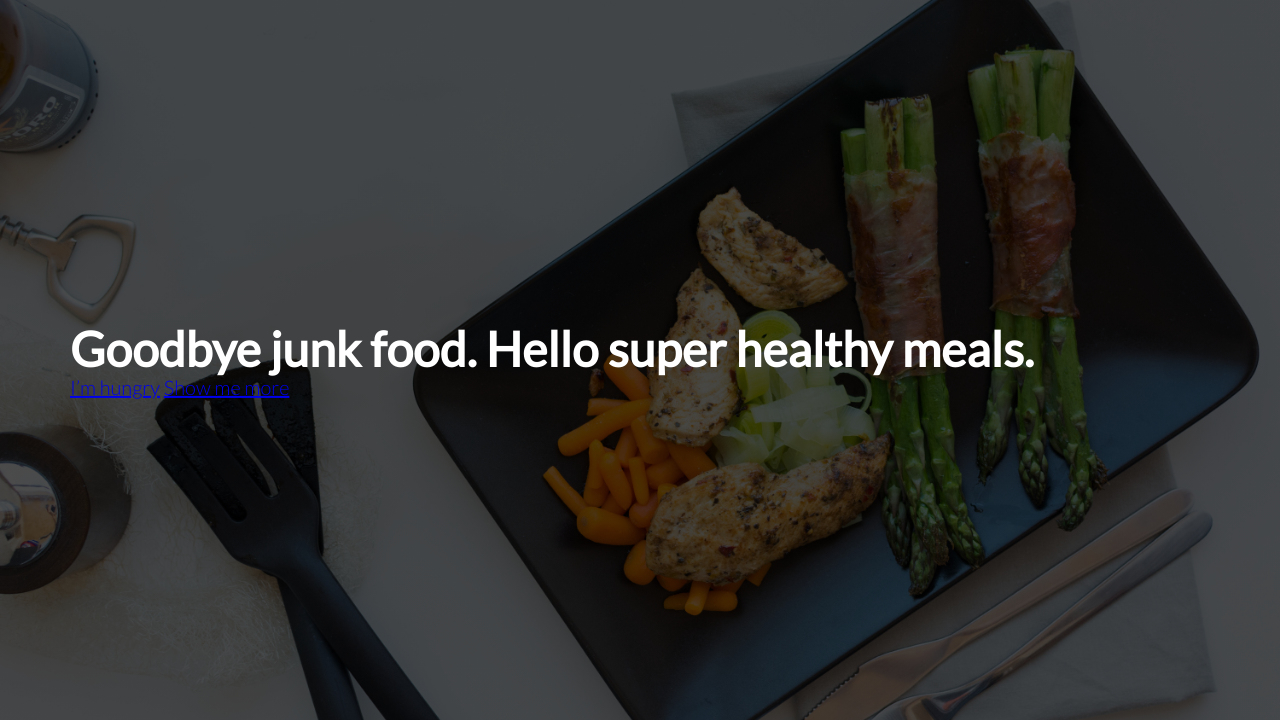
Repository: MalgorzataMazur/Omnifood
Page: index.html
These files come from the project's save history. The page is drawn as it stood at one moment and after the next save; the edit follows.
The browser window is 1280 px wide. The pictures show the whole page.

Above is the page before, as saved 2019-10-23 20:40:11.

### index.html
<!DOCTYPE html>
<html lang="en">
    <head>
        <link rel="stylesheet" href="vendors/css/normalize.css">
        <link rel="stylesheet" href="vendors/css/grid.css">
        <link rel="stylesheet" href="resources/css/style.css">
        <link href="https://fonts.googleapis.com/css?family=Lato:100,300,300i,400&display=swap" rel="stylesheet">
        <meta charset="UTF-8">
        <meta name="viewport" content="width=device-width, initial-scale=1.0">
        <meta http-equiv="X-UA-Compatible" content="ie=edge">
        <title>Omnifood</title>
    </head>
    <body>
        <header> <!-- like container to put some conetent nav, footer, main element for the main cinetent etc-->
            <div class="hero-text-box">
                <h1>Goodbye junk food. Hello super healthy meals.</h1>
                <a href="#">I’m hungry</a>
                <a href="#">Show me more</a>



            </div>
        </header>


    </body>
</html>

### resources/css/style.css
* {
    margin: 0%;
    padding: 0%;
    box-sizing: border-box;
}

html {
    background-color: #fff;
    color: #555;
    font-family: 'Lato';'Arial', sans-serif;
    font-weight: 300;
    font-size: 20px;
    text-rendering: optimizeLegibility;
}

.row {
    max-width: 1140px;
    margin: 0 auto;
}

header {
    background-image: linear-gradient(rgba(0, 0, 0, 0.705), rgba(0, 0, 0, 0.705)), url(img/hero.jpg);
    background-size: cover;
    background-position: center;
    height: 100vh;
}

.hero-text-box {
    position: absolute;
    width: 1140px;
    top: 50%;
    left: 50%;
    transform: translate(-50%,-50%);
}

h1 {
    margin: 0;
    color: #fff;
    font-size: 240%;
}

Loaded but not shown: vendors/css/normalize.css (library); vendors/css/grid.css (library)

After the next save:
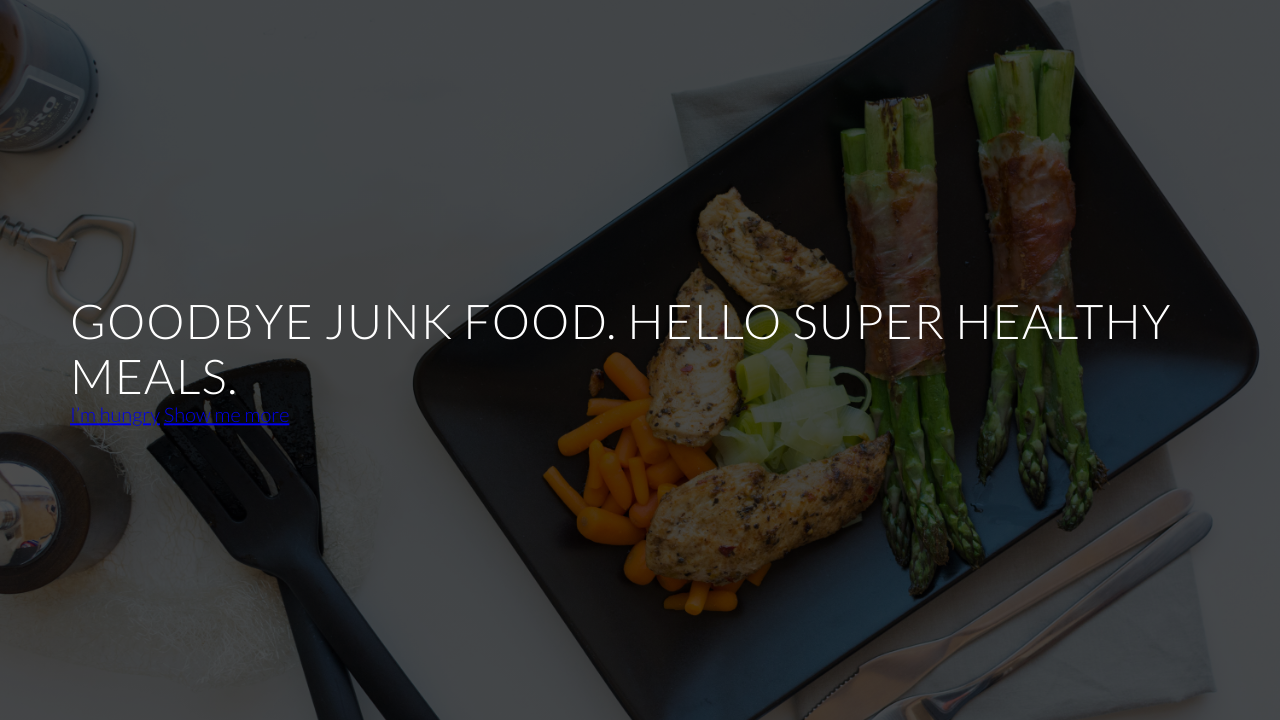
Saved 62 s later.
--- a/resources/css/style.css
+++ b/resources/css/style.css
@@ -37,4 +37,8 @@ h1 {
     margin: 0;
     color: #fff;
     font-size: 240%;
+    font-weight: 300;
+    text-transform: uppercase;
+    letter-spacing: 1px;
+    word-spacing: ;
 }
